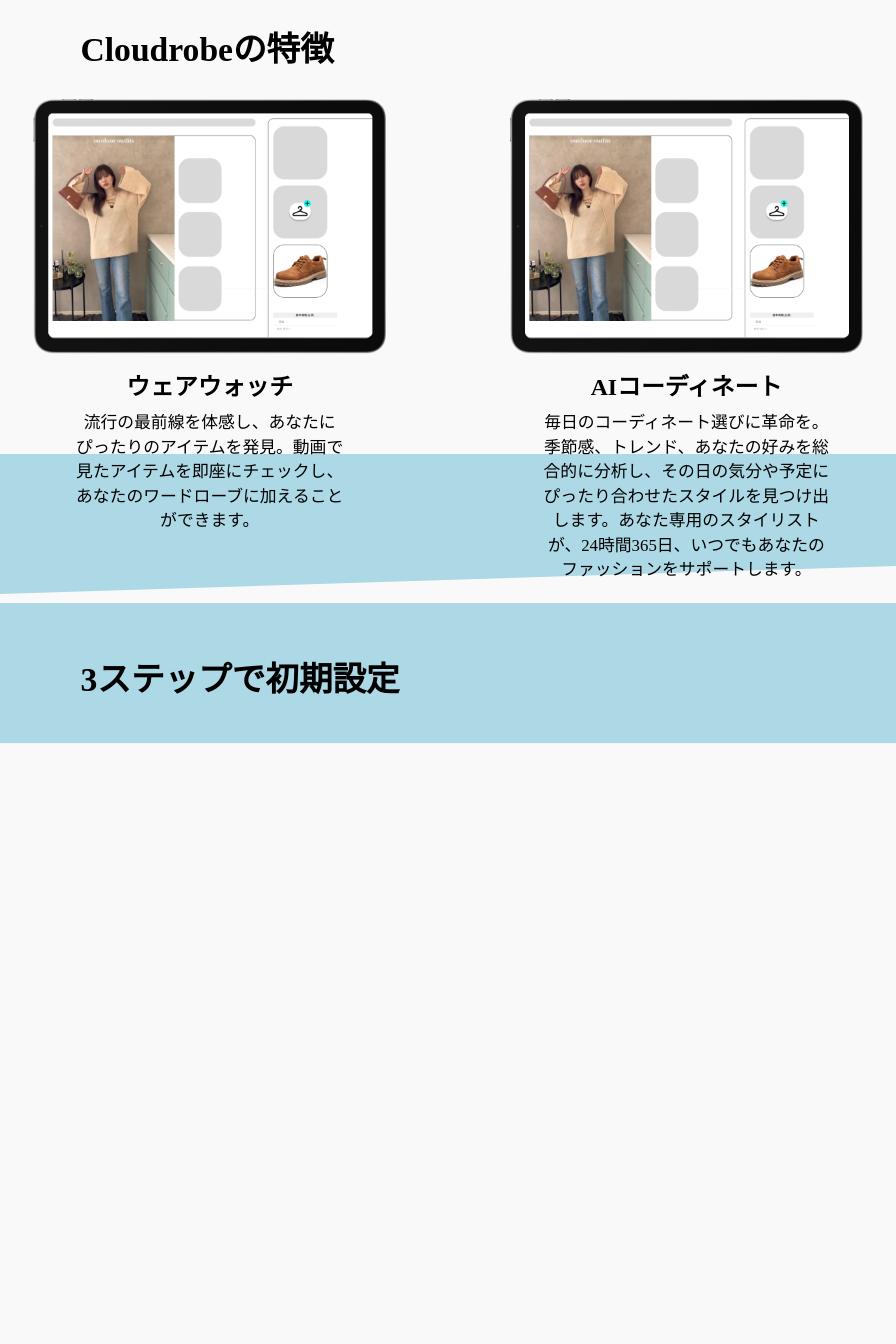
Repository: Yoshiki0418/yahoo.hack
Page: welcome.html
These files come from the project's save history. The page is drawn as it stood at one moment and after the next save; the edit follows.
The browser window is 1280 px wide. The pictures show the part of the page from y = 2362 to 4282 px (the page is 5407 px tall), at 70% of full size.

Above is the page before, as saved 2024-02-09 22:28:35.

After the next save:
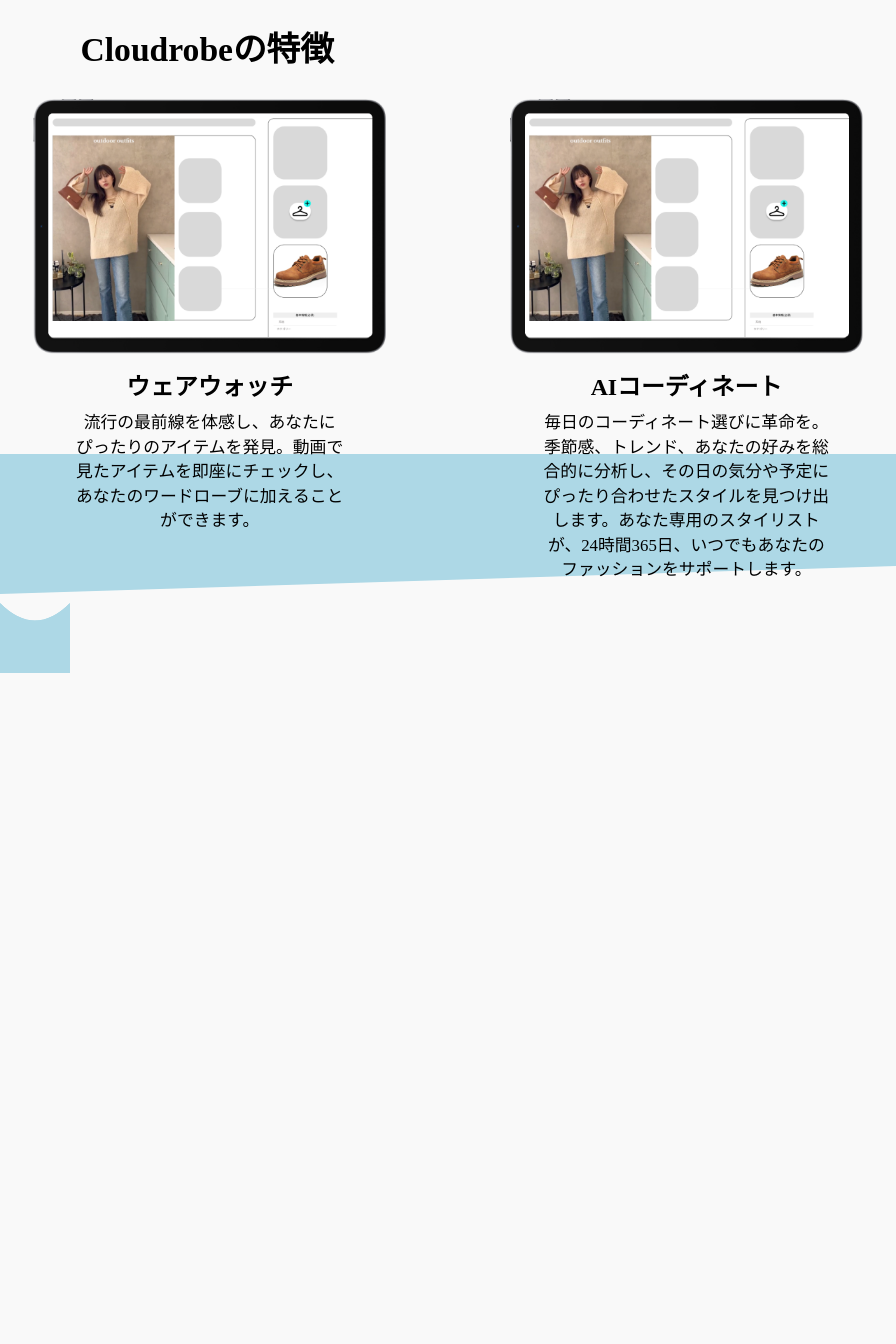
Saved 18 s later.
--- a/welcome.html
+++ b/welcome.html
@@ -92,6 +92,15 @@
             <svg width="100%" height="200px" viewBox="0 0 100 100" preserveAspectRatio="none">
                 <polygon points="0,0 100,0 100,80 0,100" style="fill: #ADD8E6;" />
               </svg>
+              <svg width="0" height="0">
+                <defs>
+                  <clipPath id="clipShape">
+                    <path d="M0,0 Q50,50 100,0 V100 H0 Z" />
+                  </clipPath>
+                </defs>
+              </svg>
+
+              <div class="shape"></div>
         </div>
 
     </main>

After the save that followed:
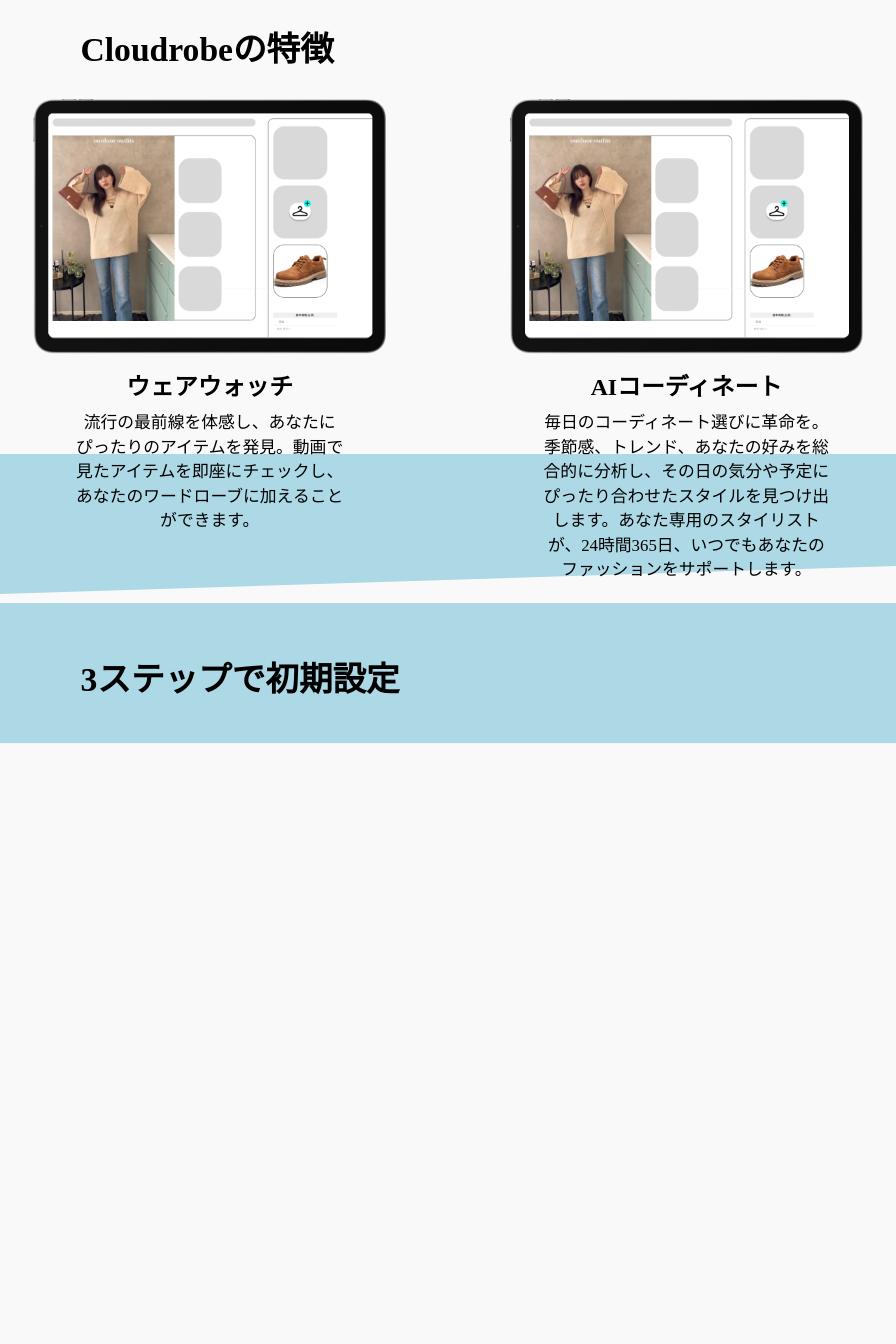
Saved 16 s later.
--- a/welcome.html
+++ b/welcome.html
@@ -92,15 +92,6 @@
             <svg width="100%" height="200px" viewBox="0 0 100 100" preserveAspectRatio="none">
                 <polygon points="0,0 100,0 100,80 0,100" style="fill: #ADD8E6;" />
               </svg>
-              <svg width="0" height="0">
-                <defs>
-                  <clipPath id="clipShape">
-                    <path d="M0,0 Q50,50 100,0 V100 H0 Z" />
-                  </clipPath>
-                </defs>
-              </svg>
-
-              <div class="shape"></div>
         </div>
 
     </main>
